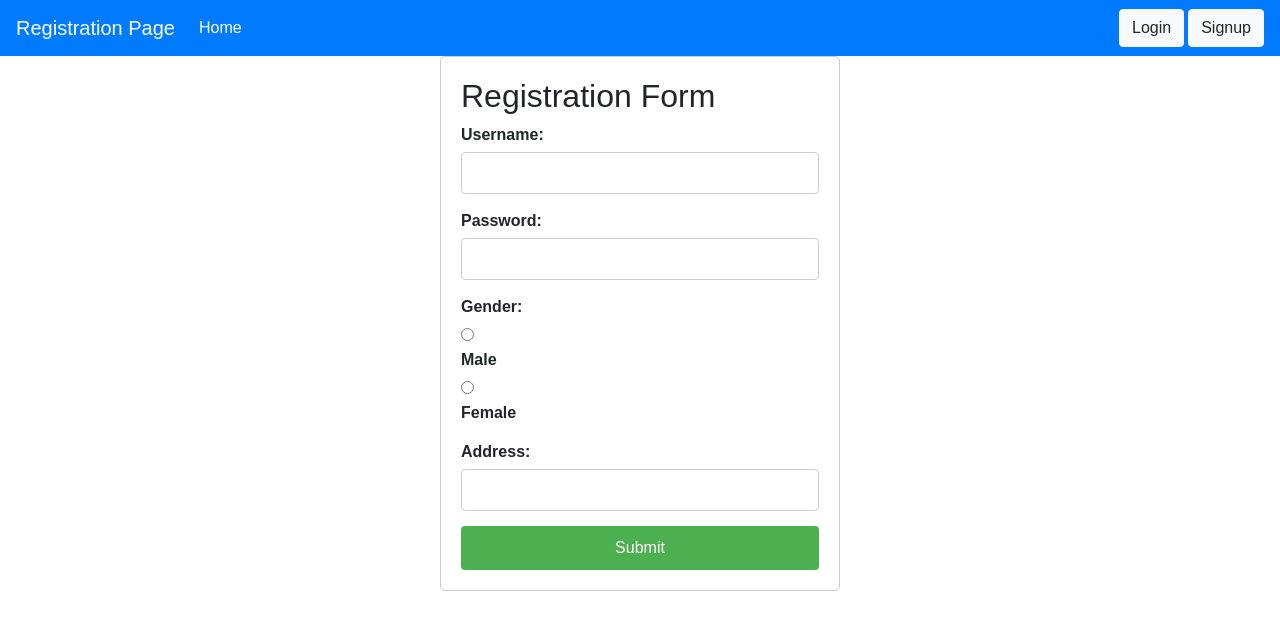
Repository: Rishavewfwef/spring-boot-application
Page: http://localhost/index
An editor plug-in stored every save of this project. The page is shown before and after the next save, followed by the edit.
The browser window is 1280 px wide. The pictures show the whole page.
Some web libraries are served in a nearby version. The page is this project's Thymeleaf template; nobody is signed in. The template is opened directly, without the code that normally fills it, so the values that code supplies are empty.

Above is the page before, as saved 2023-05-16 19:17:22.

### SBT-Registration-App/src/main/resources/templates/index.html
<!doctype html>
<html lang="en">
  <head>
    <!-- Required meta tags -->
    <meta charset="utf-8">
    <meta name="viewport" content="width=device-width, initial-scale=1, shrink-to-fit=no">

    <!-- Bootstrap CSS -->
    <link rel="stylesheet" href="https://cdn.jsdelivr.net/npm/bootstrap@4.0.0/dist/css/bootstrap.min.css" integrity="sha384-Gn5384xqQ1aoWXA+058RXPxPg6fy4IWvTNh0E263XmFcJlSAwiGgFAW/dAiS6JXm" crossorigin="anonymous">

    <title>Registration Page</title>
  </head>
  <body>
    <!-- Navbar -->
    <nav class="navbar navbar-expand-lg navbar-dark bg-primary">
  <a class="navbar-brand" href="#">Registration Page </a>
  <button class="navbar-toggler" type="button" data-toggle="collapse" data-target="#navbarSupportedContent" aria-controls="navbarSupportedContent" aria-expanded="false" aria-label="Toggle navigation">
    <span class="navbar-toggler-icon"></span>
  </button>

  <div class="collapse navbar-collapse" id="navbarSupportedContent">
    <ul class="navbar-nav mr-auto">
      <li class="nav-item active">
        <a class="nav-link" href="#">Home <span class="sr-only">(current)</span></a>
      </li>
    </ul>
    <form class="form-inline my-2 my-lg-0">

      <a class="btn btn-light my-2 my-sm-0  mr-1" type="submit">Login</a>
      <a class="btn btn-light my-2 my-sm-0" type="submit">Signup</a>
    </form>
  </div>
</nav>

    <!-- End Nav bar -->

    <!DOCTYPE html>
<html lang="en">
<head>
  <meta charset="UTF-8">
  <meta name="viewport" content="width=device-width, initial-scale=1.0">
  <title>Registration Page</title>
  <style>
    body {
      font-family: Arial, sans-serif;
    }
    .container {
      max-width: 400px;
      margin: 0 auto;
      padding: 20px;
      border: 1px solid #ccc;
      border-radius: 5px;
    }
    .form-group {
      margin-bottom: 15px;
    }
    .form-group label {
      display: block;
      margin-bottom: 5px;
      font-weight: bold;
    }
    .form-group input[type="text"],
    .form-group input[type="password"],
    .form-group select {
      width: 100%;
      padding: 8px;
      border: 1px solid #ccc;
      border-radius: 4px;
      box-sizing: border-box;
    }
    .form-group input[type="radio"] {
      margin-right: 5px;
    }
    .submit-btn {
      width: 100%;
      padding: 10px;
      background-color: #4CAF50;
      color: #fff;
      border: none;
      border-radius: 4px;
      cursor: pointer;
    }
    .submit-btn:hover {
      background-color: #45a049;
    }
  </style>
</head>
<body>
  <div class="container">
    <h2>Registration Form</h2>
    <form>
      <div class="form-group">
        <label for="username">Username:</label>
        <input type="text" id="username" name="username" required>
      </div>
      <div class="form-group">
        <label for="password">Password:</label>
        <input type="password" id="password" name="password" required>
      </div>
      <div class="form-group">
        <label>Gender:</label>
        <input type="radio" id="male" name="gender" value="male" required>
        <label for="male">Male</label>
        <input type="radio" id="female" name="gender" value="female" required>
        <label for="female">Female</label>
      </div>
      <div class="form-group">
        <label for="address">Address:</label>
        <input type="text" id="address" name="address" required>
      </div>
      <button type="submit" class="submit-btn">Submit</button>
    </form>
  </div>
</body>
</html>


    <!-- Optional JavaScript -->
    <!-- jQuery first, then Popper.js, then Bootstrap JS -->
    <script src="https://code.jquery.com/jquery-3.2.1.slim.min.js" integrity="sha384-KJ3o2DKtIkvYIK3UENzmM7KCkRr/rE9/Qpg6aAZGJwFDMVNA/GpGFF93hXpG5KkN" crossorigin="anonymous"></script>
    <script src="https://cdn.jsdelivr.net/npm/popper.js@1.12.9/dist/umd/popper.min.js" integrity="sha384-ApNbgh9B+Y1QKtv3Rn7W3mgPxhU9K/ScQsAP7hUibX39j7fakFPskvXusvfa0b4Q" crossorigin="anonymous"></script>
    <script src="https://cdn.jsdelivr.net/npm/bootstrap@4.0.0/dist/js/bootstrap.min.js" integrity="sha384-JZR6Spejh4U02d8jOt6vLEHfe/JQGiRRSQQxSfFWpi1MquVdAyjUar5+76PVCmYl" crossorigin="anonymous"></script>
  </body>
</html>

After the next save:
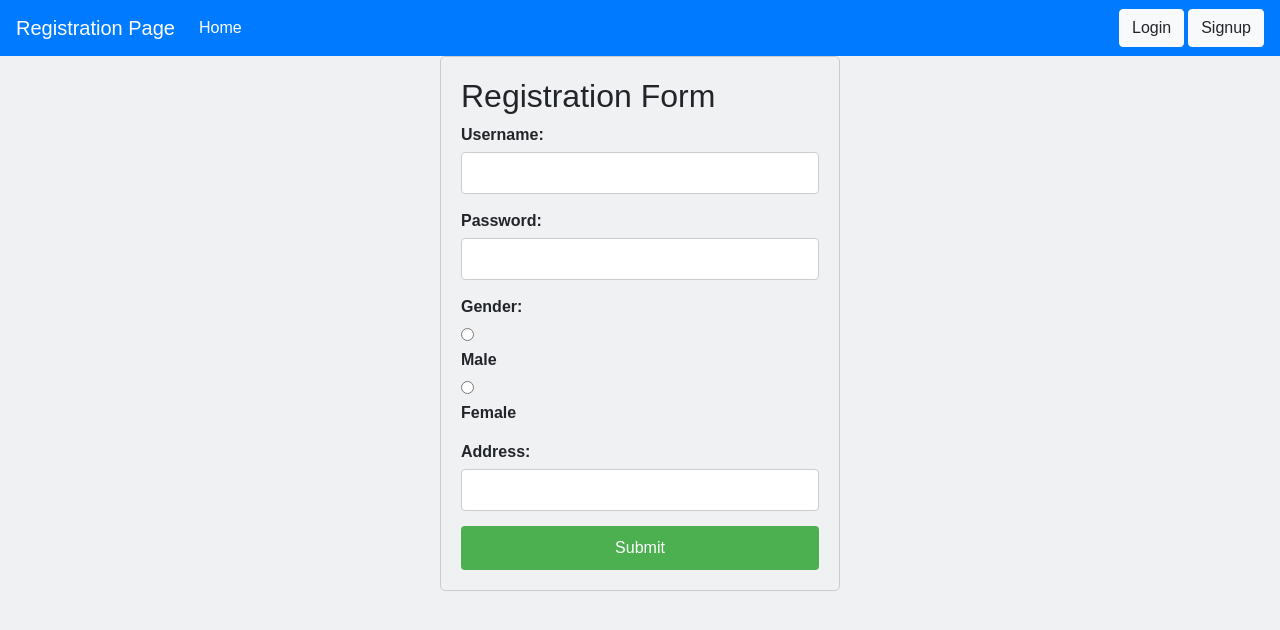
Saved 9 min 12 s later.
--- a/SBT-Registration-App/src/main/resources/templates/index.html
+++ b/SBT-Registration-App/src/main/resources/templates/index.html
@@ -10,7 +10,7 @@
 
     <title>Registration Page</title>
   </head>
-  <body>
+  <body style="background-color: #f0f1f2;">
     <!-- Navbar -->
     <nav class="navbar navbar-expand-lg navbar-dark bg-primary">
   <a class="navbar-brand" href="#">Registration Page </a>
